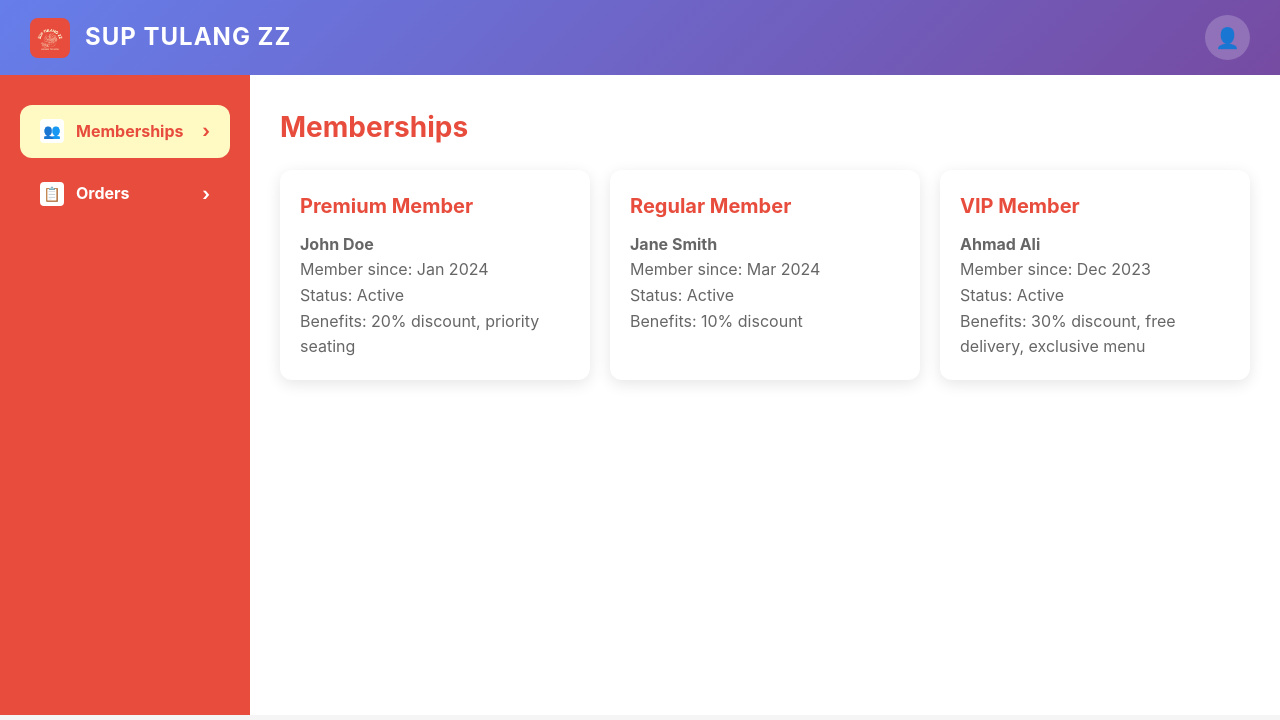
Repository: YIsheng2002/web-frontend
Page: view/Staff/dashboardstaff.html
An editor plug-in stored every save of this project. The page is shown before and after the next save, followed by the edit.
The browser window is 1280 px wide. The pictures show the whole page.

Above is the page before, as saved 2025-06-12 14:31:16.

### view/Staff/dashboardstaff.html
<!DOCTYPE html>
<html lang="en">

<head>
    <meta charset="UTF-8">
    <meta name="viewport" content="width=device-width, initial-scale=1.0">
    <title>SUP TULANG ZZ</title>
    <link rel="stylesheet" href="../Staff/assets/css/main.css">
    <link rel="stylesheet" href="../../assets/css/main.css">
    <link rel="stylesheet" href="./assets/css/dashboardStaff.css">
    <script src="./assets/javascript/dashboardStaff.js"></script>

</head>

<body>
    <!-- Header -->
    <header class="header">
        <div class="logo-section">
            <img src="../../assets/images/logo.png" alt="Logo" class="logo">
            <h1 class="brand-name">SUP TULANG ZZ</h1>
        </div>

        <div class="user-menu">
            <div class="user-avatar" onclick="toggleDropdown()">
                👤
            </div>
            <div class="dropdown-menu" id="userDropdown">
                <a href="#" class="dropdown-item" onclick="showProfile()">
                    👤 Profile
                </a>
                <a href="#" class="dropdown-item" onclick="showSettings()">
                    ⚙️ Settings
                </a>
                <a href="#" class="dropdown-item" onclick="showOrders()">
                    📋 Orders
                </a>
                <a href="#" class="dropdown-item" onclick="showReports()">
                    📊 Reports
                </a>
                <hr style="margin: 8px 0; border: none; border-top: 1px solid #eee;">
                <a href="#" class="dropdown-item danger" onclick="logout()">
                    🚪 Logout
                </a>
            </div>
        </div>
    </header>

    <div class =" dashboard-container">
         <!-- Sidebar -->
        <div class="sidebar">
            <ul class="sidebar-menu">
                <li class="sidebar-item">
                    <a href="#" class="sidebar-link active" onclick="showMembership(event)">
                        <div class="sidebar-icon">👥</div>
                        <span class="sidebar-text">Memberships</span>
                        <span class="sidebar-arrow">›</span>
                    </a>
                </li>
                <li class="sidebar-item">
                    <a href="#" class="sidebar-link" onclick="showOrders(event)">
                        <div class="sidebar-icon">📋</div>
                        <span class="sidebar-text">Orders</span>
                        <span class="sidebar-arrow">›</span>
                    </a>
                </li>
            </ul>
        </div>
        <!-- Main Content -->
        <div class="main-content active" id="membership">
            <h3>Memberships</h3>
            <div class="membership-cards">
                <div class="membership-card">
                    <div class="membership-title">Premium Member</div>
                    <div class="membership-details">
                        <p><strong>John Doe</strong></p>
                        <p>Member since: Jan 2024</p>
                        <p>Status: Active</p>
                        <p>Benefits: 20% discount, priority seating</p>
                    </div>
                </div>
                <div class="membership-card">
                    <div class="membership-title">Regular Member</div>
                    <div class="membership-details">
                        <p><strong>Jane Smith</strong></p>
                        <p>Member since: Mar 2024</p>
                        <p>Status: Active</p>
                        <p>Benefits: 10% discount</p>
                    </div>
                </div>
                <div class="membership-card">
                    <div class="membership-title">VIP Member</div>
                    <div class="membership-details">
                        <p><strong>Ahmad Ali</strong></p>
                        <p>Member since: Dec 2023</p>
                        <p>Status: Active</p>
                        <p>Benefits: 30% discount, free delivery, exclusive menu</p>
                    </div>
                </div>
            </div>
        </div>
         <div class="main-content" id="orders">
            <h3>Orders</h3>
            <div class="order-list">
                <div class="order-item">
                    <span class="order-id">Order #12345</span>
                    <span class="order-status pending">Pending</span>
                </div>
                <div class="order-item">
                    <span class="order-id">Order #12346</span>
                    <span class="order-status completed">Completed</span>
                </div>
                <div class="order-item">
                    <span class="order-id">Order #12347</span>
                    <span class="order-status pending">Pending</span>
                </div>
                <div class="order-item">
                    <span class="order-id">Order #12348</span>
                    <span class="order-status cancelled">Cancelled</span>
                </div>
            </div>
        </div>

</body>

</html>

### view/Staff/assets/css/main.css
* {
    margin: 0;
    padding: 0;
    box-sizing: border-box;
}

body {
    font-family: -apple-system, BlinkMacSystemFont, 'Segoe UI', Roboto, sans-serif;
    line-height: 1.6;
    color: #333;
    background-color: #f5f5f5;
}

.btn-primary {
    background: linear-gradient(135deg, #667eea 0%, #764ba2 100%);
    color: white;
    border: none;
    padding: 12px 24px;
    border-radius: 8px;
    font-size: 16px;
    font-weight: 600;
    cursor: pointer;
    transition: all 0.3s ease;
    width: 100%;
}

.btn-primary:hover {
    transform: translateY(-2px);
    box-shadow: 0 8px 25px rgba(102, 126, 234, 0.3);
}

.btn-primary:active {
    transform: translateY(0);
}

### assets/css/main.css
:root{
    --primary-color: #DE4345;
    --secondary-color: #F8FAD4;
    --white-color: #FFFFFF;
    --header-font-color: #212121;
    --header6-font-color: #424242;
    --light-red: #FF7877;
}

* {
    margin: 0;
    padding: 0;
    box-sizing: border-box;
}

body {
    font-family: -apple-system, BlinkMacSystemFont, 'Segoe UI', Roboto, sans-serif;
    line-height: 1.6;
    color: var(--header6-font-color);
    background-color: #f5f5f5;
}

.btn-primary {
    background: linear-gradient(135deg, var(--primary-color) 0%, var(--light-red) 100%);
    color: white;
    border: none;
    padding: 12px 24px;
    border-radius: 8px;
    font-size: 16px;
    font-weight: 600;
    cursor: pointer;
    transition: all 0.3s ease;
    width: 100%;
}

.btn-primary:hover {
    transform: translateY(-5px);
    box-shadow: 0 8px 25px rgba(253, 114, 92, 0.22);
}

.btn-primary:active {
    transform: translateY(0);
}

/* Header Styles */
.header {
    background: linear-gradient(135deg, #e74c3c, #c0392b);
    color: white;
    padding: 15px 30px;
    display: flex;
    justify-content: space-between;
    align-items: center;
    box-shadow: 0 2px 10px rgba(0,0,0,0.1);
}

.logo-section {
    display: flex;
    align-items: center;
    gap: 15px;
}

.logo {
    width: 70px;
    height: 70px;
    display: flex;
    align-items: center;
    justify-content: center;
    font-weight: bold;
    font-size: 18px;
}

.brand-name {
    font-size: 28px;
    font-weight: bold;
    letter-spacing: 1px;
}

### view/Staff/assets/css/dashboardStaff.css
/* Reset and Base Styles - Using your main.css */
* {
    margin: 0;
    padding: 0;
    box-sizing: border-box;
}

body {
    font-family: -apple-system, BlinkMacSystemFont, 'Segoe UI', Roboto, sans-serif;
    line-height: 1.6;
    color: #333;
    background-color: #f5f5f5;
    min-height: 100vh;
}

/* Header - Updated to match your design system */
.header {
    background: linear-gradient(135deg, #667eea 0%, #764ba2 100%);
    padding: 15px 30px;
    display: flex;
    justify-content: space-between;
    align-items: center;
    box-shadow: 0 2px 20px rgba(102, 126, 234, 0.2);
}

.logo-section {
    display: flex;
    align-items: center;
    gap: 15px;
}

.logo {
    width: 40px;
    height: 40px;
    background: #e74c3c;
    border-radius: 8px;
    display: flex;
    align-items: center;
    justify-content: center;
    color: white;
    font-weight: bold;
}

.brand-name {
    color: white;
    font-size: 24px;
    font-weight: bold;
}

/* User Menu */
.user-menu {
    position: relative;
}

.user-avatar {
    width: 45px;
    height: 45px;
    background: rgba(255, 255, 255, 0.2);
    border-radius: 50%;
    display: flex;
    align-items: center;
    justify-content: center;
    cursor: pointer;
    transition: all 0.3s ease;
    font-size: 20px;
    color: white;
}

.user-avatar:hover {
    background: rgba(255, 255, 255, 0.3);
    transform: scale(1.05);
}

.dropdown-menu {
    position: absolute;
    top: 100%;
    right: 0;
    background: white;
    border-radius: 12px;
    box-shadow: 0 10px 30px rgba(0, 0, 0, 0.15);
    padding: 12px 0;
    min-width: 180px;
    opacity: 0;
    visibility: hidden;
    transform: translateY(-10px);
    transition: all 0.3s ease;
    z-index: 1000;
    margin-top: 10px;
}

.dropdown-menu.show {
    opacity: 1;
    visibility: visible;
    transform: translateY(0);
}

.dropdown-item {
    display: block;
    padding: 12px 20px;
    color: #333;
    text-decoration: none;
    transition: background 0.3s ease;
    display: flex;
    align-items: center;
    gap: 10px;
}

.dropdown-item:hover {
    background: #f8f9fa;
}

.dropdown-item.danger:hover {
    background: #fee;
    color: #e74c3c;
}

/* Button styles from your main.css */
.btn-primary {
    background: linear-gradient(135deg, #667eea 0%, #764ba2 100%);
    color: white;
    border: none;
    padding: 12px 24px;
    border-radius: 8px;
    font-size: 16px;
    font-weight: 600;
    cursor: pointer;
    transition: all 0.3s ease;
    width: 100%;
}

.btn-primary:hover {
    transform: translateY(-2px);
    box-shadow: 0 8px 25px rgba(102, 126, 234, 0.3);
}

.btn-primary:active {
    transform: translateY(0);
}

/* Main Layout */
.dashboard-container {
    display: flex;
    height: calc(100vh - 80px);
}

/* Sidebar */
.sidebar {
    width: 250px;
    background-color: #e74c3c;
    padding: 20px 0;
}

.sidebar-menu {
    list-style: none;
    padding: 0;
    margin: 0;
}

.sidebar-item {
    margin: 10px 0;
    padding: 0 20px;
}

.sidebar-link {
    display: flex;
    align-items: center;
    justify-content: space-between;
    text-decoration: none;
    padding: 12px 20px;
    font-size: 16px;
    font-weight: bold;
    border-radius: 12px;
    transition: all 0.3s ease;
    color: #fff;
    background-color: transparent;
}

.sidebar-link:hover {
    background-color: rgba(255, 255, 255, 0.1);
}

.sidebar-link.active {
    background-color: #fff9c4;
    color: #e74c3c;
}

.sidebar-icon {
    width: 24px;
    height: 24px;
    margin-right: 12px;
    background: #fff;
    border-radius: 4px;
    display: flex;
    align-items: center;
    justify-content: center;
    font-size: 14px;
}

.sidebar-text {
    flex-grow: 1;
}

.sidebar-arrow {
    font-size: 18px;
    margin-left: 12px;
}

/* Main Content */
.main-content {
    flex: 1;
    padding: 30px;
    background: white;
    overflow-y: auto;
    display: none;
}

.main-content.active {
    display: block;
}

.main-content h3 {
    color: #e74c3c;
    margin-bottom: 20px;
    font-size: 28px;
}

/* Membership Content */
.membership-cards {
    display: grid;
    grid-template-columns: repeat(auto-fit, minmax(300px, 1fr));
    gap: 20px;
    margin-top: 20px;
}

.membership-card {
    background: white;
    border-radius: 12px;
    padding: 20px;
    box-shadow: 0 4px 15px rgba(0, 0, 0, 0.1);
    transition: transform 0.3s ease;
}

.membership-card:hover {
    transform: translateY(-5px);
}

.membership-title {
    font-size: 20px;
    font-weight: bold;
    color: #e74c3c;
    margin-bottom: 10px;
}

.membership-details {
    color: #666;
    line-height: 1.6;
}

/* Orders Content */
.order-list {
    margin-top: 20px;
}

.order-item {
    background: white;
    border-radius: 12px;
    padding: 20px;
    margin-bottom: 15px;
    box-shadow: 0 4px 15px rgba(0, 0, 0, 0.1);
    display: flex;
    justify-content: space-between;
    align-items: center;
    transition: transform 0.3s ease;
}

.order-item:hover {
    transform: translateY(-2px);
}

.order-id {
    font-weight: bold;
    color: #333;
}

.order-status {
    padding: 8px 16px;
    border-radius: 20px;
    font-size: 14px;
    font-weight: bold;
}

.order-status.pending {
    background: #fff3cd;
    color: #856404;
}

.order-status.completed {
    background: #d4edda;
    color: #155724;
}

.order-status.cancelled {
    background: #f8d7da;
    color: #721c24;
}

/* Responsive Design */
@media (max-width: 768px) {
    .dashboard-container {
        flex-direction: column;
    }

    .sidebar {
        width: 100%;
        height: auto;
        padding: 10px 0;
    }

    .sidebar-menu {
        display: flex;
        overflow-x: auto;
    }

    .sidebar-item {
        flex: 0 0 auto;
        margin: 0 5px;
    }

    .main-content {
        padding: 20px;
    }

    .membership-cards {
        grid-template-columns: 1fr;
    }
}

### view/Staff/assets/javascript/dashboardStaff.js
// Dropdown functionality
function toggleDropdown() {
    const dropdown = document.getElementById('userDropdown');
    dropdown.classList.toggle('show');
}

// Close dropdown when clicking outside
document.addEventListener('click', function (event) {
    const userMenu = document.querySelector('.user-menu');
    const dropdown = document.getElementById('userDropdown');

    if (!userMenu.contains(event.target)) {
        dropdown.classList.remove('show');
    }
});

// Page navigation
function showPage(pageId, clickedElement) {
    // Hide all pages
    document.querySelectorAll('.main-content').forEach(page => {
        page.classList.remove('active');
    });

    // Show selected page
    const targetPage = document.getElementById(pageId);
    if (targetPage) {
        targetPage.classList.add('active');
    }

    // Remove active class from all sidebar links
    document.querySelectorAll('.sidebar-link').forEach(link => {
        link.classList.remove('active');
    });

    // Add active class to clicked element
    if (clickedElement) {
        clickedElement.classList.add('active');
    }
}

// Sidebar navigation functions
function showMembership(event) {
    event.preventDefault();
    showPage('membership', event.currentTarget);
}

function showOrders(event) {
    event.preventDefault();
    showPage('orders', event.currentTarget);
}

// User menu actions
function showProfile() {
    alert('Profile page - Coming soon!');
    toggleDropdown();
}

function showSettings() {
    alert('Settings page - Coming soon!');
    toggleDropdown();
}

function showOrdersFromDropdown() {
    showPage('orders');
    // Also update sidebar active state
    document.querySelectorAll('.sidebar-link').forEach(link => {
        link.classList.remove('active');
    });
    const ordersLink = document.querySelector('[onclick="showOrders(event)"]');
    if (ordersLink) {
        ordersLink.classList.add('active');
    }
    toggleDropdown();
}

function showReports() {
    alert('Reports page - Coming soon!');
    toggleDropdown();
}

function logout() {
    if (confirm('Are you sure you want to logout?')) {
        alert('Logged out successfully!');
        // Add your logout logic here
        // For example: window.location.href = '/login.html';
    }
    toggleDropdown();
}

// Initialize dashboard when page loads
document.addEventListener('DOMContentLoaded', function() {
    console.log('Dashboard loaded successfully!');

    // You can add any initialization code here
    // For example, loading data from API, setting up event listeners, etc.
});

// Utility function to add new membership card
function addMembershipCard(memberData) {
    const membershipCards = document.querySelector('.membership-cards');
    const cardHTML = `
        <div class="membership-card">
            <div class="membership-title">${memberData.type} Member</div>
            <div class="membership-details">
                <p><strong>${memberData.name}</strong></p>
                <p>Member since: ${memberData.joinDate}</p>
                <p>Status: ${memberData.status}</p>
                <p>Benefits: ${memberData.benefits}</p>
            </div>
        </div>
    `;
    membershipCards.insertAdjacentHTML('beforeend', cardHTML);
}

// Utility function to add new order
function addOrderItem(orderData) {
    const orderList = document.querySelector('.order-list');
    const orderHTML = `
        <div class="order-item">
            <span class="order-id">Order #${orderData.id}</span>
            <span class="order-status ${orderData.status.toLowerCase()}">${orderData.status}</span>
        </div>
    `;
    orderList.insertAdjacentHTML('beforeend', orderHTML);
}

// Example usage:
// addMembershipCard({
//     type: 'Gold',
//     name: 'Sarah Johnson',
//     joinDate: 'May 2024',
//     status: 'Active',
//     benefits: '25% discount, free appetizer'
// });

// addOrderItem({
//     id: '12349',
//     status: 'Completed'
// });

After the next save:
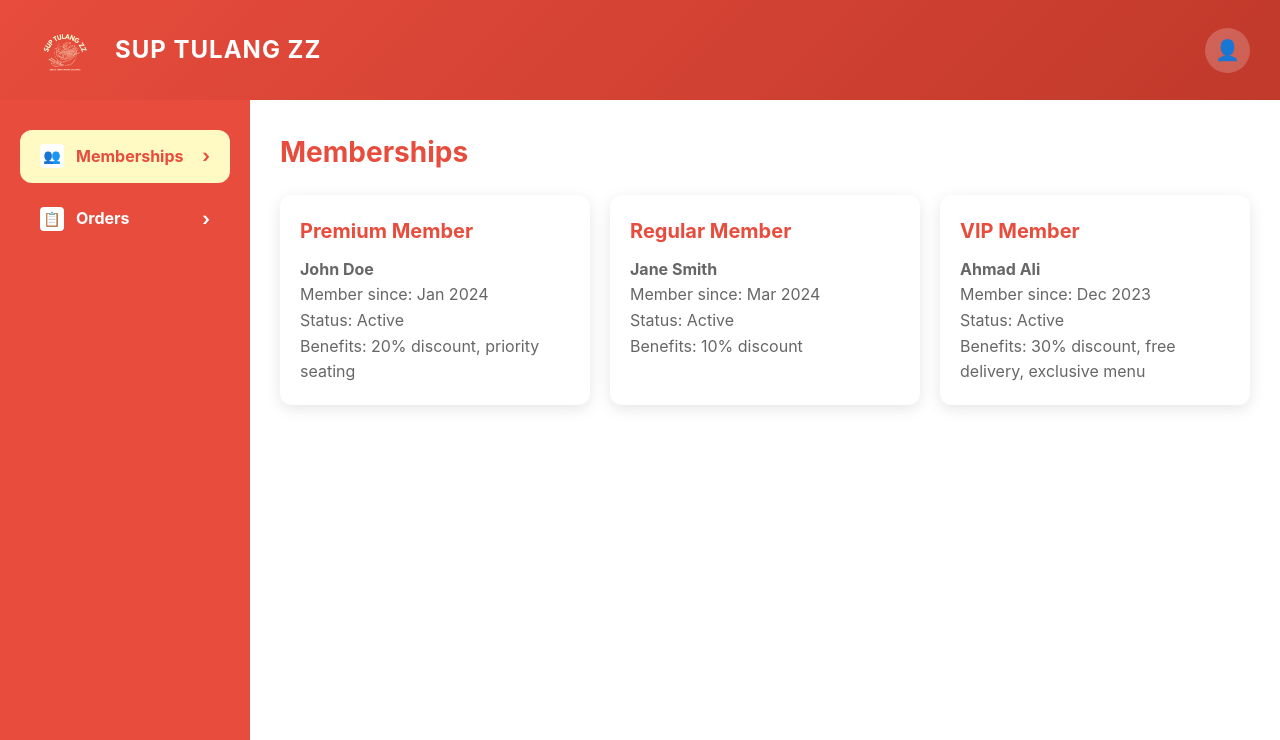
Saved 3 min 59 s later.
--- a/view/Staff/assets/css/dashboardStaff.css
+++ b/view/Staff/assets/css/dashboardStaff.css
@@ -1,45 +1,5 @@
 /* Reset and Base Styles - Using your main.css */
-* {
-    margin: 0;
-    padding: 0;
-    box-sizing: border-box;
-}
-
-body {
-    font-family: -apple-system, BlinkMacSystemFont, 'Segoe UI', Roboto, sans-serif;
-    line-height: 1.6;
-    color: #333;
-    background-color: #f5f5f5;
-    min-height: 100vh;
-}
-
-/* Header - Updated to match your design system */
-.header {
-    background: linear-gradient(135deg, #667eea 0%, #764ba2 100%);
-    padding: 15px 30px;
-    display: flex;
-    justify-content: space-between;
-    align-items: center;
-    box-shadow: 0 2px 20px rgba(102, 126, 234, 0.2);
-}
-
-.logo-section {
-    display: flex;
-    align-items: center;
-    gap: 15px;
-}
-
-.logo {
-    width: 40px;
-    height: 40px;
-    background: #e74c3c;
-    border-radius: 8px;
-    display: flex;
-    align-items: center;
-    justify-content: center;
-    color: white;
-    font-weight: bold;
-}
+
 
 .brand-name {
     color: white;
